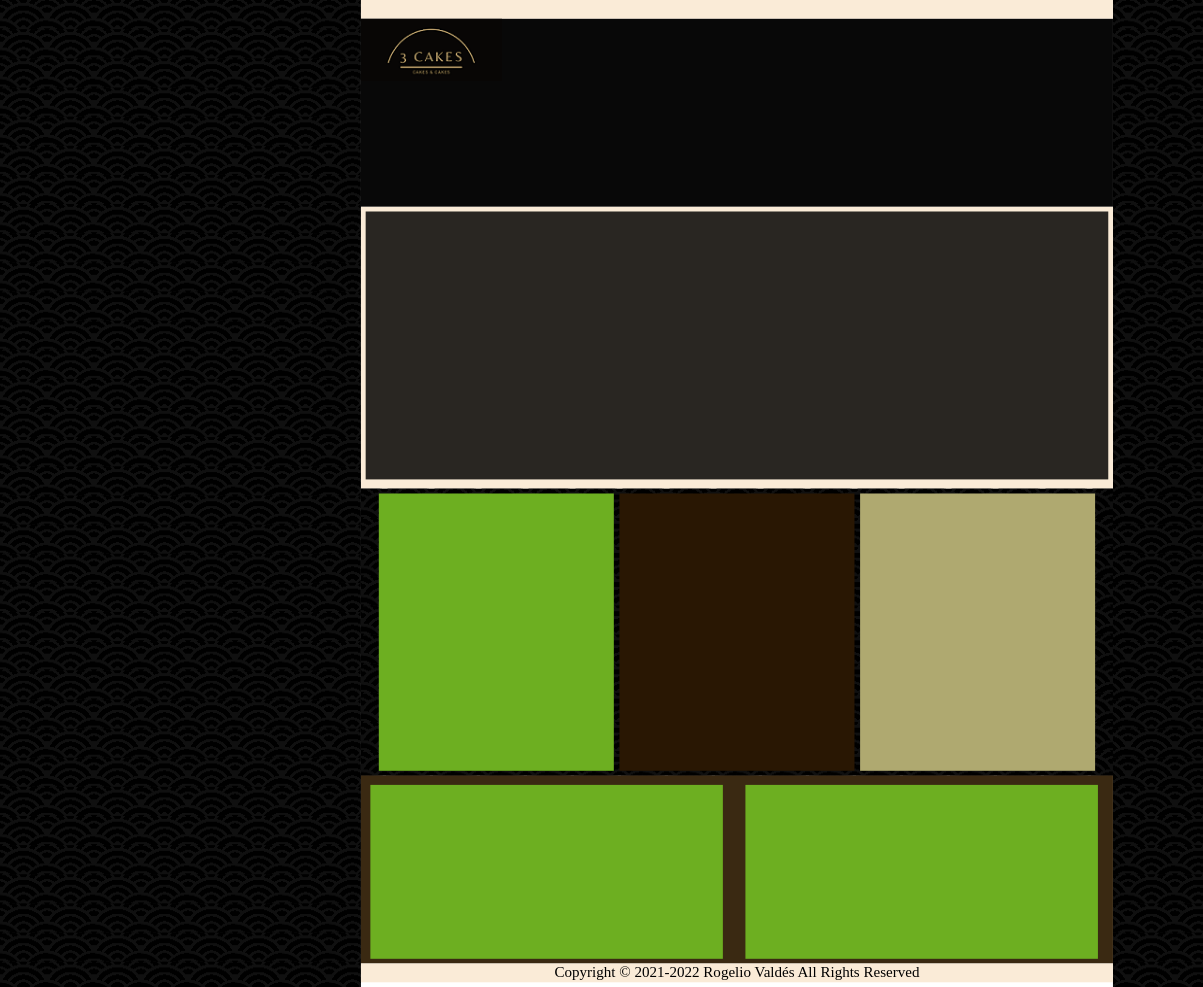
Repository: roge64/htmlfrontend
Page: index.html
These files come from the project's save history. The page is drawn as it stood at one moment and after the next save; the edit follows.
The browser window is 1280 px wide. The pictures show the whole page, at 94% of full size.

Above is the page before, as saved 2022-03-02 17:13:06.

After the next save:
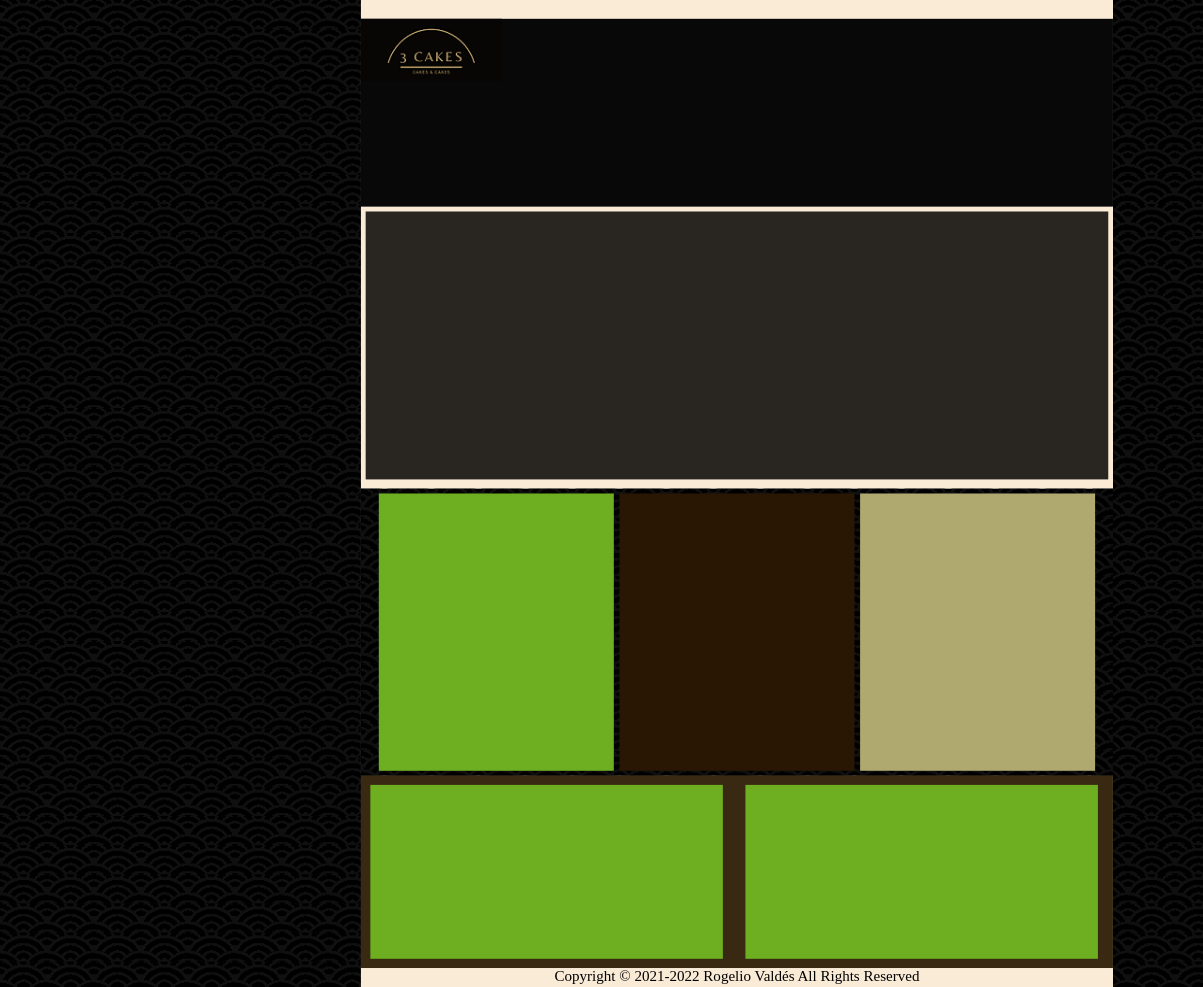
Saved 17 s later.
--- a/estilos/estilos.css
+++ b/estilos/estilos.css
@@ -68,7 +68,7 @@ background-size: 50px 31px;
 
 #marcas{
     background-color:rgb(58, 41, 18);
-    height: 200px;
+    height: 205px;
 }
 
 
